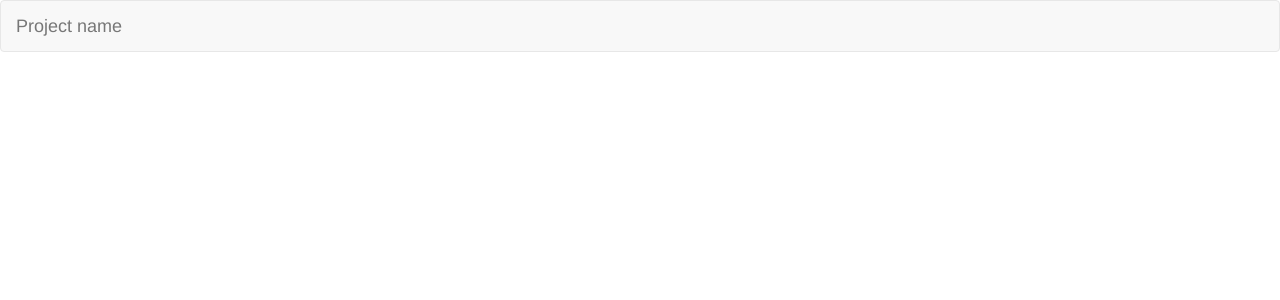
Repository: dudgh9661/JSP
Page: http://localhost/board/join.jsp
The author's editor kept a copy of each file at every save. The page is drawn from the files as they stood at one save, then again after the next save.
The browser window is 1280 px wide. The pictures show the whole page.
Some web libraries are served in a nearby version. The page is served by Tomcat 9. Other server files are loaded and not shown.

Above is the page before, as saved 2020-08-05 05:39:30.

### board/WebContent/join.jsp
<%@ page language="java" contentType="text/html; charset=UTF-8"
    pageEncoding="UTF-8"%>
<!DOCTYPE html>
<html>
<head>
<meta http-equiv="Content-Type" content="text/html; charset=UTF-8">
 <meta name="viewport" content="width=device-width, initial-scale=1">
<link href="./css/bootstrap.css" rel="stylesheet">
<title>afdfs</title>
</head>
<body>
	<nav class="navbar navbar-default">
		<div class="navbar-header">
	  <button type="button" class="navbar-toggle collapsed" data-toggle="collapse" data-target="#navbar" aria-expanded="false" aria-controls="navbar">
		<span class="sr-only">Toggle navigation</span>
		<span class="icon-bar"></span>
		<span class="icon-bar"></span>
		<span class="icon-bar"></span>
	  </button>
	  <a class="navbar-brand" href="#">Project name</a>
	</div>
	</nav>
	 <script src="https://ajax.googleapis.com/ajax/libs/jquery/3.2.1/jquery.min.js"></script>
 	<script src="https://maxcdn.bootstrapcdn.com/bootstrap/3.3.7/js/bootstrap.min.js"></script>
</body>
</html>

Loaded but not shown: board/WebContent/css/bootstrap.css (library)

After the next save:
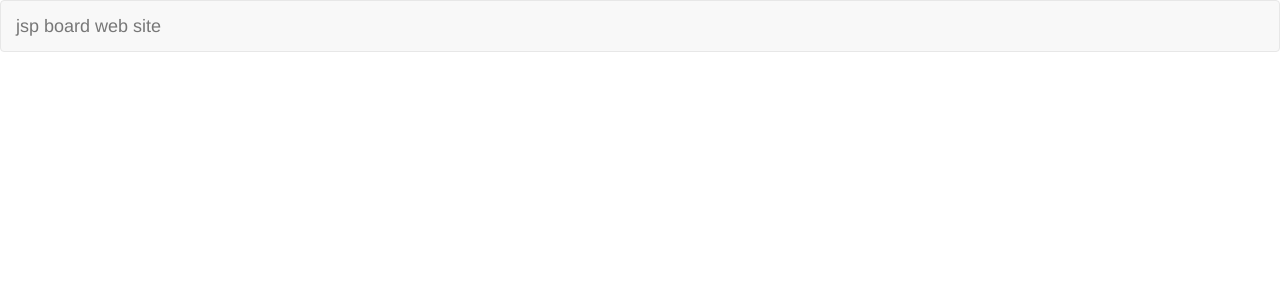
Saved 2 min 51 s later.
--- a/board/WebContent/join.jsp
+++ b/board/WebContent/join.jsp
@@ -11,14 +11,15 @@
 <body>
 	<nav class="navbar navbar-default">
 		<div class="navbar-header">
-	  <button type="button" class="navbar-toggle collapsed" data-toggle="collapse" data-target="#navbar" aria-expanded="false" aria-controls="navbar">
-		<span class="sr-only">Toggle navigation</span>
-		<span class="icon-bar"></span>
-		<span class="icon-bar"></span>
-		<span class="icon-bar"></span>
-	  </button>
-	  <a class="navbar-brand" href="#">Project name</a>
-	</div>
+			<button type="button" class="navbar-toggle collapsed"
+				data-toggle="collapse" data-target="#bs-example-navbar-collapse-1"
+				aria-expanded="false">
+				<span class="icon-bar"></span>
+				<span class="icon-bar"></span>
+				<span class="icon-bar"></span>
+			</button>
+			<a class="navbar-brand" href="main.jsp">jsp board web site</a>
+		</div>
 	</nav>
 	 <script src="https://ajax.googleapis.com/ajax/libs/jquery/3.2.1/jquery.min.js"></script>
  	<script src="https://maxcdn.bootstrapcdn.com/bootstrap/3.3.7/js/bootstrap.min.js"></script>
